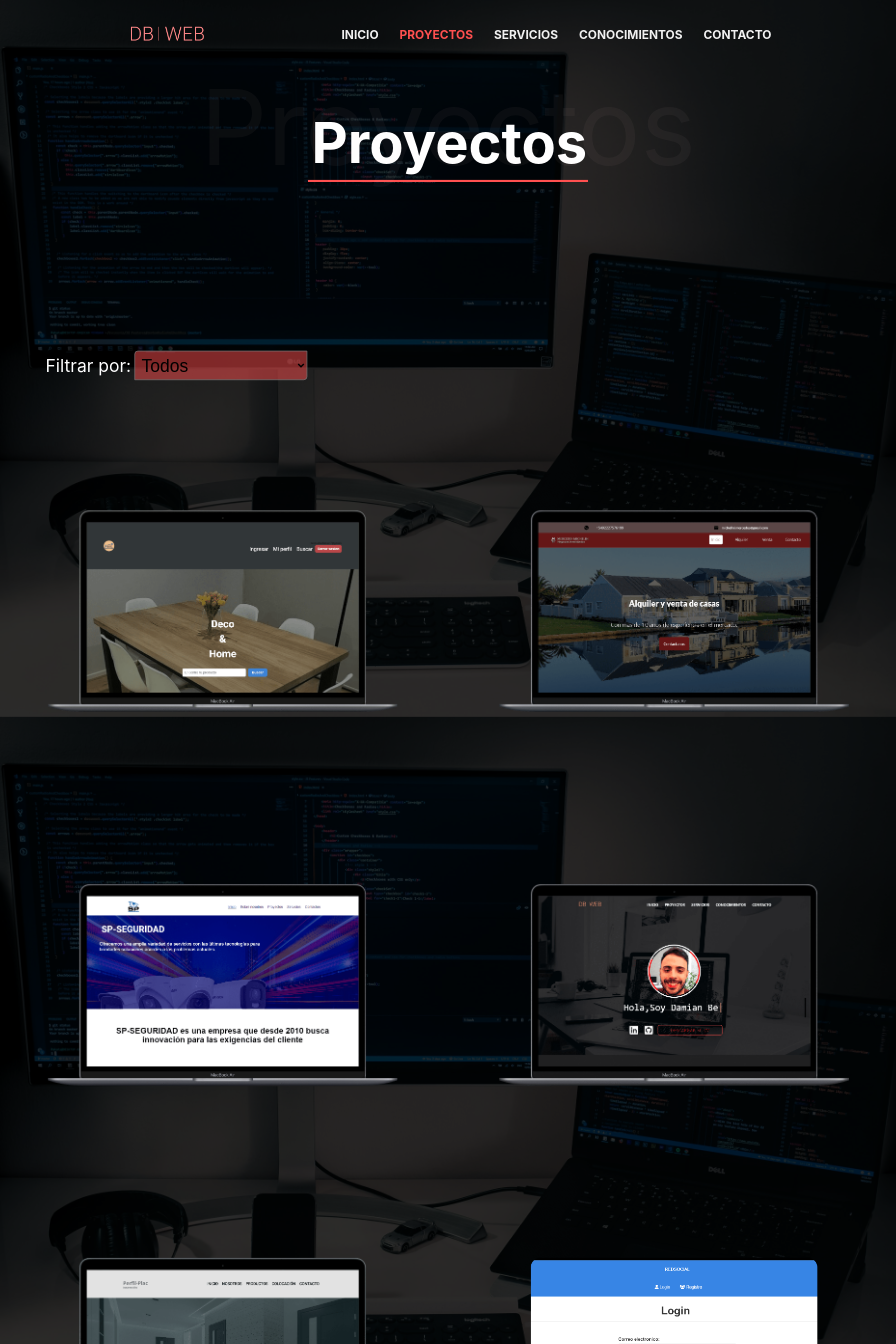
Repository: DamianBermudez94/DB-Porfolio
Page: /proyecto
These files come from the project's save history. The page is drawn as it stood at one moment and after the next save; the edit follows.
The browser window is 1280 px wide. The pictures show the part of the page from y = 0 to 1920 px (the page is 2998 px tall before and 3000 px after), at 70% of full size.
Backgrounds fixed to the window are drawn as part of the page. Some web libraries are served in a nearby version. The project was rebuilt for these pictures with package versions that can differ from the ones it lists, and the page was loaded fresh each time. Also part of the build but not shown: vite.config.js, src/components/TextoCustom/styles.css, src/components/TextoCustom/CustomText.jsx, src/components/Home/styles.css, src/components/Home/Home.jsx, src/pages/Inicio.jsx, src/components/Servicios/styles.css, src/components/Servicios/Service.jsx and 8 more.

Above is the page before, as saved 2024-04-01 12:21:16.

After the next save:
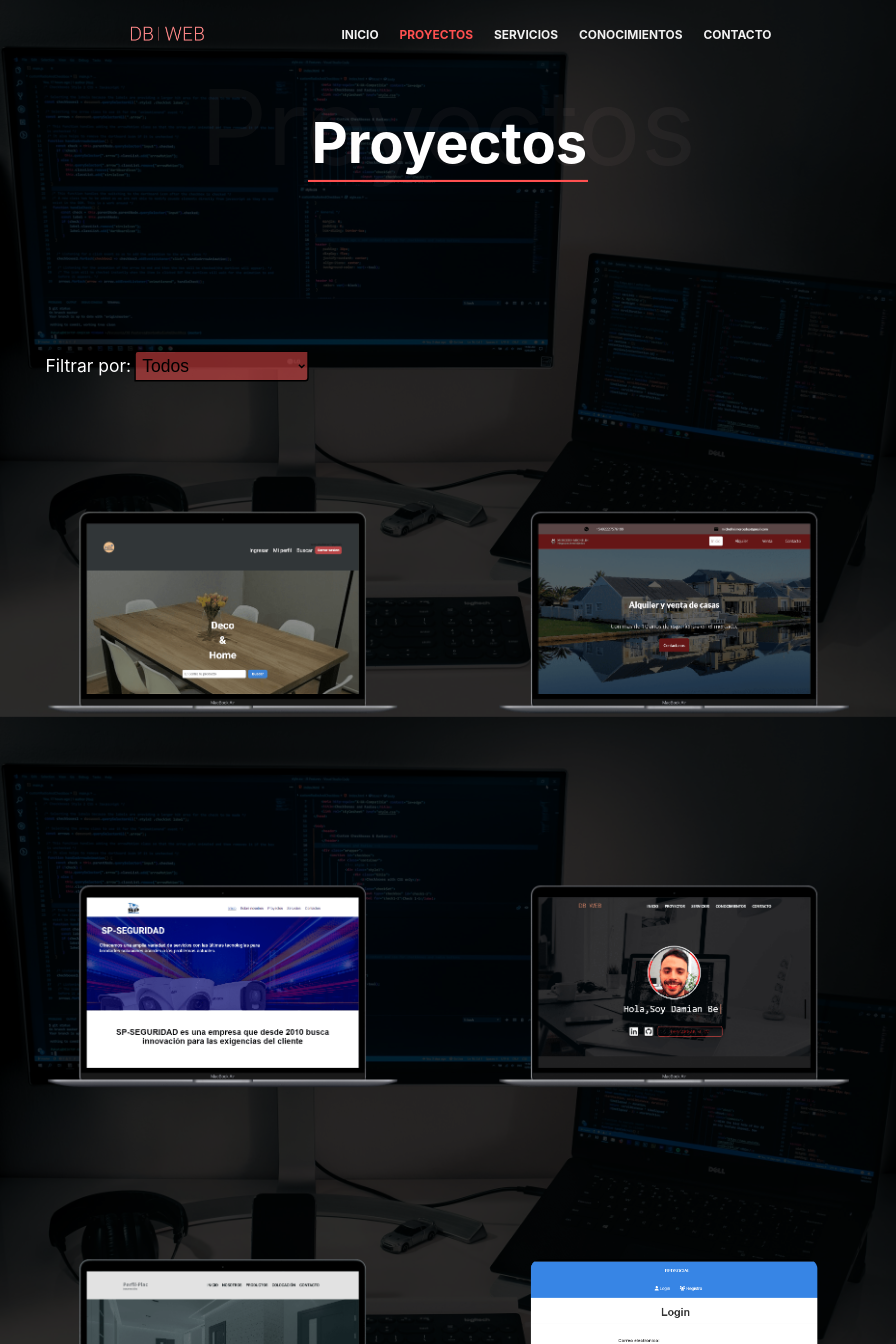
Saved 13 s later.
--- a/src/components/Proyectos/styles.css
+++ b/src/components/Proyectos/styles.css
@@ -48,6 +48,7 @@
 .container-filtro select{
   font-size: 25px;
   padding: 5px;
+  border: 2px solid #000000;
   border-radius: 5px 0px 5px 0px;
   background-color: rgb(255, 80, 80,0.5);
 }
